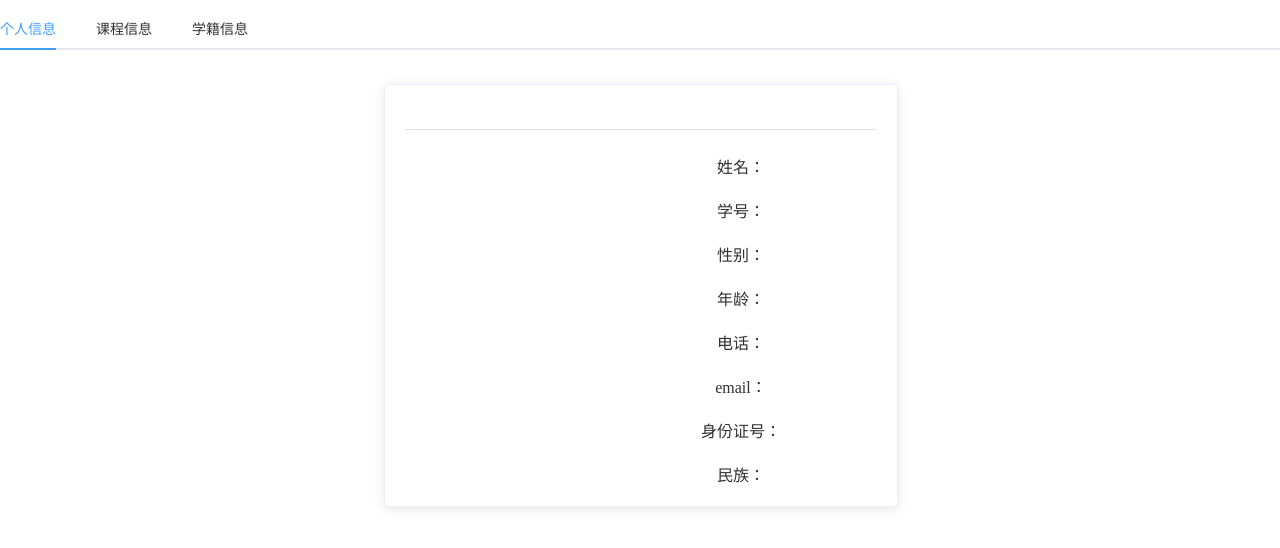
Repository: Blizzard-cyber/winsdom_scool_front
Page: /#/Personal
An editor plug-in stored every save of this project. The page is shown before and after the next save, followed by the edit.
The browser window is 1280 px wide. The pictures show the whole page.
The project was rebuilt for these pictures with package versions that can differ from the ones it lists, and the page was loaded fresh each time. Also part of the build but not shown: src/components/comment/head.vue, src/components/comment/bottom.vue, src/components/first.vue, src/components/inside.vue, src/components/index.vue, src/components/dynamic/photo-news.vue, src/components/dynamic/latest-information.vue, src/components/contact/contact-us.vue and 8 more. Imported but missing from the stored project, and not drawn on this page: src/components/dynamic/school-notice, src/components/info_modules/lab.

Above is the page before, as saved 2022-07-04 11:39:32.
Console error: TypeError: Cannot read properties of null (reading 'getContext')

### index.html
<!DOCTYPE html>
<html>
  <head>
    <meta charset="utf-8">
    <meta name="viewport" content="width=device-width,initial-scale=1.0">
    <title>peidao</title>
  </head>
  <body>
    <div id="app"></div>
    <!-- built files will be auto injected -->
  </body>
</html>

### src/main.js
// The Vue build version to load with the `import` command
// (runtime-only or standalone) has been set in webpack.base.conf with an alias.
import Vue from 'vue'
import App from './App'
import router from './router'
import 'element-ui/lib/theme-chalk/index.css'
import ElementUI from 'element-ui'
import '../static/css/main.css'
import '../static/js/jquery-3.2.1.min'



Vue.config.productionTip = false
Vue.use(ElementUI)

/* eslint-disable no-new */
new Vue({
    el: '#app',
    router,
    template: '<App/>',
    components: { App }
})

### static/css/main.css
@charset "utf-8";

/* Global style */
html,
body,
h1,
h2,
h3,
h4,
h5,
h6,
div,
dl,
dt,
dd,
ul,
ol,
li,
p,
blockquote,
pre,
hr,
figure,
table,
caption,
th,
td,
form,
fieldset,
legend,
input,
button,
textarea,
menu {
  margin: 0;
  padding: 0;
  font-size: 16px;
}

header,
footer,
section,
article,
aside,
nav,
address,
figure,
figcaption,
menu,
details {
  display: block;
}

table {
  border-collapse: collapse;
  border-spacing: 0;
}

caption,
th {
  font-weight: normal;
}

html,
body,
fieldset,
iframe,
abbr {
  border: 0;
}

i,
cite,
em,
var,
address,
dfn {
  font-style: normal;
}

ul,
ol,
li {
  list-style: none;
}

h1,
h2,
h3,
h4,
h5,
h6,
small {
  font-size: 100%;
  font-weight: 300;
}

pre,
code,
kbd,
samp {
  font-family: inherit;
}

q:before,
q:after {
  content: none;
  content: '';
}

textarea {
  overflow: auto;
  resize: none;
}

label,
summary {
  cursor: default;
}

a,
button {
  cursor: pointer;
}

em,
strong,
b {
  font-weight: 400;
}

textarea,
input,
button,
select,
keygen,
legend {
  color: #777;
  outline: 0;
  font-family: "Microsoft YaHei", Arial;
  font-size: 100%;
  margin: 0;
  outline: none;
  vertical-align: baseline;
  _overflow: visible;
  -webkit-appearance: none;
  -webkit-tap-highlight-color: rgba(255, 255, 255, 0.3);
}

a {
  color: #333;
  border: none;
  text-decoration: none;
  outline: none;
}

a:focus {
  outline: 0;
  -moz-outline-style: none;
}

img {
  border: 0 none;
}

html {
  text-align: center;
  /*background-color: #f5f5f5!important;*/
}

[v-cloak] {
  display: none !important;
}

.allcontainer {
  background: #fff;
}

.flex-col,
.flex-row {
  display: i-webkt-box;
  display: -webkit-flex;
  display: -ms-flexbox;
  display: flex;
}

.flex-col {
  -ms-flex-direction: column;
  -webkit-flex-direction: column;
  flex-direction: column;
}

.flex-col.flex-y-center {
  -webkit-justify-content: center;
  justify-content: center;
  -ms-justify-content: center;
}

.flex-col.flex-top {
  -webkit-justify-content: flex-starttart;
  justify-content: flex-start;
  -ms-justify-content: flex-start;
}

.flex-col.flex-bottom {
  -webkit-justify-content: flex-end;
  justify-content: flex-end;
  -ms-justify-content: flex-end;
}

.flex-col.flex-x-center {
  -webkit-box-align: center;
  -webkit-align-items: center;
  -ms-flex-align: center;
  align-items: center;
}

.flex-col.flex-left {
  align-items: flex-start;
  -ms-align-content: flex-start;
  -webkit-align-content: flex-start;
  align-content: flex-start;
}

.flex-col.flex-right {
  align-items: flex-end;
  -ms-align-content: flex-end;
  -webkit-align-content: flex-end;
  align-content: flex-end;
}

.flex-row {
  -ms-flex-direction: row;
  -webkit-flex-direction: row;
  flex-direction: row;
}

.flex-row.flex-x-center {
  -webkit-box-pack: center;
  -webkit-justify-content: center;
  -ms-flex-pack: center;
  justify-content: center;
}

.flex-row.flex-y-center {
  -webkit-box-align: center;
  -webkit-align-items: center;
  -ms-flex-align: center;
  align-items: center;
}

.flex-row.flex-left {
  -webkit-justify-content: flex-start;
  justify-content: flex-start;
  -ms-justify-content: flex-start;
}

.flex-row.flex-right {
  -webkit-justify-content: flex-end;
  justify-content: flex-end;
  -ms-justify-content: flex-end;
}

.flex-row.flex-bottom {
  align-items: flex-end;
  -ms-align-content: flex-end;
  -webkit-align-content: flex-end;
  align-content: flex-end;
}

.flex-row.flex-top {
  align-items: flex-start;
  -ms-align-content: flex-start;
  -webkit-align-content: flex-start;
  align-content: flex-start;
}

.flex-row.flex-space-around {
  -webkit-justify-content: space-around;
  justify-content: space-around;
  -ms-justify-content: space-around;
}

.flex-row.flex-space-between {
  -webkit-box-pack: justify;
  -webkit-justify-content: space-between;
  -ms-flex-pack: justify;
  justify-content: space-between;
}

.flex-col.flex-space-around {
  -webkit-justify-content: space-around;
  justify-content: space-around;
  -ms-justify-content: space-around;
}

.flex-col.flex-space-between {
  -webkit-justify-content: space-between;
  justify-content: space-between;
  -ms-justify-content: space-between;
}

.flex-col.flex-wrap {
  -webkit-flex-wrap: wrap;
  flex-wrap: wrap;
  -ms-flex-wrap: wrap;
}

.flex-row.flex-wrap {
  -webkit-flex-wrap: wrap;
  flex-wrap: wrap;
  -ms-flex-wrap: wrap;
}

.main {
  background: #e9e3da;
}

.center {
  width: 1000px;
  background-image: url(../../static/img/big-bg.png);
  background-repeat: no-repeat;
  background-position: 408px 349px;
}

.top-bg {
  background: url(../../static/img/head-bg.png);
  background-repeat: no-repeat;
  background-position: 95% 1%;
}

.index {
  width: 1000px;
}

.index .index-head {
  margin-top: 18px;
}

.index .index-nav {
  width: 1000px;
  margin-top: 18px;
}

.index .index-nav a {
  cursor: pointer;
}

.index .index-nav a li {
  color: #fff;
  font-size: 16px;
  width: 112px;
  height: 34px;
  line-height: 34px;
}

.index .index-nav .index-nav-ul {
  width: 939px;
  border: none;
  font-size: 14px;
  font-weight: 700;
  letter-spacing: 1px;
}

.index .index-nav .index-nav-ul .index-nav-li {
  color: #fff;
  font-size: 16px;
  width: 112px;
  height: 34px;
  line-height: 34px;
  background: url(../../static/img/li-b.png);
}

.index .index-nav .index-nav-ul .index-nav-li .index-nav-a {
  cursor: pointer;
  color: #fff;
}

.index .index-nav .index-nav-ul .index-nav-li .index-nav-hide {
  width: 112px;
  position: absolute;
  z-index: 50;
  color: #fff;
  background-color: #105830;
}

.words {
  margin-top: 14px;
}

.words .words-left {
  width: 263px;
  height: 90px;
  background-image: url(../img/top2-l.png);
}

.words .words-right {
  width: 731px;
  height: 90px;
  background-image: url(../img/top2-r.png);
}

.news {
  margin-top: 17px;
}

.news .news-left {
  width: 100%;
}

.news .news-left img {
  height: 300px;
}

.news .news-right {
  margin-top: 22px;
  width: 481px;
}

.news .news-right .news-right-inner {
  width: 467px;
  height: 200px;
  color: #373737;
}

.show {
  margin-top: 30px;
  color: #373737;
  margin-bottom: 72px;
}

.show .show-notice {
  width: 486px;
  margin-top: 20px;
  height: 200px;
}

.show .show-notice .show-notice-inner {
  width: 465px;
  height: 205px;
}

.show .show-invite {
  width: 483px;
  height: 200px;
  margin-top: 20px;
}

.show .show-invite .show-invite-inner {
  width: 465px;
  height: 205px;
}

.other {
  height: 122px;
  color: #171717;
}

.other .other-inner {
  width: 950px;
}

.bottom {
  margin-top: 26px;
  color: #171717;
  margin-bottom: 37px;
  color: #373737;
}

.bottom .bottom-inner {
  width: 613px;
}

.bottom .bottom-inner .bottom-inner-in {
  height: 75px;
}

.location {
  height: 31px;
  margin-top: 10px;
  letter-spacing: 1px;
  color: #161616;
  background-color: #9b9994;
}

.location .location-inner {
  margin-left: 15px;
}

.photonews {
  margin-top: 37px;
  margin-bottom: 35px;
}

.photonews .photonews-title-1 {
  font-size: 23.8px;
}

.photonews .photonews-title-2 {
  font-size: 12px;
}

.photonews .photonews-inner {
  width: 770px;
  margin-top: 50px;
  font-size: 12px;
  text-indent: 2em;
}

.photonews .photonews-inner .photonews-inner-txt {
  text-align: left;
  width: 770px;
}

.photonews .photonews-inner .photonews-inner-img {
  margin-bottom: 15px;
}

.black-bg {
  background-image: url(../img/black-bg.png);
}

.green-bg {
  background-image: url(../img/green-bg.png);
}

.list {
  margin-top: 11px;
  color: #434343;
}

.list .list-left {
  width: 198px;
  height: 695px;
  margin-bottom: 63px;
  background-image: url(../img/list-l.png);
  background-repeat: no-repeat;
}

.list .list-left .list-left-inner {
  height: 116px;
  margin-top: 85px;
}

.list .list-left .list-left-inner li {
  color: #fff;
  font-size: 16px;
  width: 112px;
  height: 34px;
  line-height: 34px;
  cursor: pointer;
}

.list .list-right .list-right-title {
  width: 795px;
  height: 34px;
  background: #b0aca5;
}

.list .list-right .list-right-title .list-right-title-inner {
  margin-left: 23px;
}

.list .list-right .list-right-inner {
  height: 908px;
  background-image: url(../img/list-r.png);
  background-repeat: no-repeat;
  background-position: 100% 100%;
}

.list .list-right .list-right-inner .list-right-inner-words {
  height: 908px;
  margin-left: 40px;
}

.list .list-right .list-right-inner .list-right-inner-words .list-right-inner-words1 {
  width: 750px;
}

.list .list-right .list-right-bottom {
  width: 795px;
  margin-top: 17px;
  margin-bottom: 63px;
}

.list .list-right .list-right-bottom .list-right-bottom-li {
  background-color: #0c6930;
  margin-right: 8px;
  color: #ffffff;
  padding: 7px;
  font-size: 12px;
}

.photo-width {
  width: 700px;
}

.beautiful-bottom {
  margin-top: 17px;
  margin-bottom: 63px;
}

.beautiful-bottom .beautiful-bottom-li {
  background-color: #0c6930;
  margin-right: 8px;
  color: #ffffff;
  padding: 7px;
  font-size: 12px;
}

.profile-inner {
  height: 302px;
}

.profile-inner .photonews-inner-words {
  width: 750px;
  cursor: pointer;
}

.words-width {
  width: 750px;
  cursor: pointer;
}

.daohang1 {
  height: 163px;
  margin-top: 85px;
}

.daohang1 li {
  color: #fff;
  font-size: 16px;
  width: 112px;
  height: 34px;
  line-height: 34px;
}

.daohang2 {
  height: 206px;
  margin-top: 85px;
}

.daohang2 li {
  color: #fff;
  font-size: 16px;
  width: 112px;
  height: 34px;
  line-height: 34px;
}

.history-inner {
  height: 95px;
}

.teacher-inner {
  height: 45px;
}

.gifted-person-inner {
  height: 95px;
}

.achievement-inner {
  height: 146px;
}

.teaching-research {
  height: 45px;
}

.section-page {
  width: 960px;
}

.section-page .section-page-inner {
  margin-top: 37px;
  margin-bottom: 65px;
}

.section-page .section-page-inner .img-box1 {
  width: 235px;
  margin-bottom: 5px;
  overflow: hidden;
  cursor: pointer;
}

.section-page .section-page-inner .img-box1 img {
  height: 170px;
}

.section-page .section-page-inner .img-box {
  position: fixed;
  top: 0;
  left: 0;
  width: 100%;
  height: 100%;
  cursor: pointer;
  background: rgba(0, 0, 0, 0.7);
}

.section-page .section-page-inner .img-box img {
  height: 301px;
  width: 1042px;
}

.contact-us {
  width: 700px;
  margin-top: 50px;
}

.contact-us .contact-us-r {
  font-size: 18px;
  margin-bottom: 20px;
}

.contact-us img {
  height: 200px;
}

.shouye-main {
  background: #e9e3da;
  position: fixed;
  width: 100%;
  height: 100%;
}

.shouye-bg {
  background-image: url(../../static/img/shouye-bg.png);
  background-repeat: no-repeat;
  background-position: 0 80px;
}

.shouye {
  width: 571px;
  margin-top: 112px;
  margin-left: 33%;
}

.shouye .title {
  margin-left: 18px;
}

.shouye .inner {
  width: 572px;
  margin-top: 33px;
}

.shouye .inner .inner-l {
  width: 417px;
  height: 330px;
}

.shouye .inner .inner-l .anim-opacity1,
.shouye .inner .inner-l .anim-opacity2 {
  margin-top: 7px;
  position: absolute;
  height: 314px;
  width: 402px;
  margin-left: -200px;
}

.shouye .inner .inner-l .border {
  position: absolute;
  margin-left: -207px;
}

.shouye .inner .inner-r {
  width: 132px;
  height: 329px;
  background-image: url(../../static/img/index-r.png);
  background-repeat: no-repeat;
}

.shouye .enter {
  margin-top: 12px;
  margin-left: 226px;
  width: 196px;
  height: 56px;
  color: #fff;
  background-image: url(../../static/img/enter.png);
  background-repeat: no-repeat;
}

.shouye .enter p {
  font-size: 15.42px;
}

### src/components/info.vue
  <template>
   <div class="main flex-col flex-x-center flex-y-center">
    <div class="center">
     <my-head/>
     <div class="cards">
        <el-row :gutter="50" >
          <el-col :span="8" v-for="(item,index) in items">
           <el-card shadow="hover" :body-style="{ height: '100px' }">
             <div slot="header" class="clearfix">
              <span>{{item.title}}</span>
              <el-button @click="Jump(urls[index].message)" style="float: right; padding: 3px 0" type="text">进入</el-button>
             </div>
              <div class="text item">
              <span>{{item.message}}</span>
              </div>
           </el-card>
          </el-col>
        </el-row>
     </div>
     <my-bottom/>
   </div>
   </div>
  </template>

 <script>

  export default {
    name: "Info",
    data() {
        return {
          items:[
            {title:'个人信息',message:'查询个人信息详情'},
            {title:'课程情况',message:'查询学生个人选课情况，学分和成绩情况'},
            {title:'课程表',message:'查询学生课程表'},
            {title:'我的成绩',message:'查询学生在校期间成绩详情'},
            {title:'考试安排',message:'查询学期考试课程安排'},
            {title:'毕业设计',message:'查询学生毕业设计情况'},
            {title:'学费缴纳信息',message:'查询学生缴费、欠费情况'},
            {title:'缴费报考信息',message:'查询学生学费、报考费信息'},
            {title:'实验室开放时间',message:'查询实验室开放时间'},
          ],
          urls:[
            {message:'/Personal'},
            {message:'/Course'},
            {message:'/CourseTable'},
            {message:'/Remark'},
            {message:'/Exam'},
            {message:'/Gdesign'},
            {message:'/StudyFee'},
            {message:'/ExamFee'},
            {message:'/Lab'},
          ]
        };
    },
    methods: {
      Jump(url) {
        this.$router.replace(url);
      }
    },

}
  </script>


<style>
 /* .el-row {
    margin-bottom: 20px;
    &:last-child {
      margin-bottom: 0;
    }
  } */
  .el-col {
    border-radius: 4px;
  }
  .bg-purple-dark {
    background: #99a9bf;
  }
  .bg-purple {
    background: #d3dce6;
  }
  .bg-purple-light {
    background: #e5e9f2;
  }
  .grid-content {
    border-radius: 4px;
    min-height: 36px;
  }
  .row-bg {
    padding: 10px 0;
    background-color: #f9fafc;
  }
  .el-card {
    border-radius: 4px;
    background: #fff;
    border: 1px solid #ebeef2;
    box-shadow: 0 2px 12px 0 rgba(0, 0, 0, 0.1);
    margin: 20px 0 20px;
    padding: 0;
  }
</style>

### src/components/info_modules/personal.vue
<template>
    <!--<h1>学生个人信息查询</h1>-->
    <el-tabs style="margin-top: 10px" value="first">
        <el-tab-pane label="个人信息" name="first">
            <div style="margin-left: 30%;margin-right: 30%">
                <el-card class="box-card">
                    <el-row>
                        <div>
                            <div>
                                <!-- <el-image class="identification_photo" :src="this.avatarUrl" alt="" style="margin-left: 40%;margin-right: 40%"/> -->
                            </div>
                        </div></el-row>
                    <el-divider></el-divider>
                    <div class="Info">
                        <div style="margin-top: 20px">姓名：{{studentInfo.name}}</div>
                        <div style="margin-top: 20px" >学号：{{studentInfo.id}}</div>
                        <div style="margin-top: 20px">性别：{{studentInfo.sex}}</div>
                        <div style="margin-top: 20px">年龄：{{studentInfo.age}}</div>
                        <div style="margin-top: 20px">电话：{{studentInfo.phoneNum}}</div>
                        <div style="margin-top: 20px">email：{{studentInfo.email}}</div>
                        <div style="margin-top: 20px">身份证号：{{studentInfo.idCard}}</div>
                        <div style="margin-top: 20px">民族：{{studentInfo.nation}}</div>
                    </div>
                </el-card>
            </div>

        </el-tab-pane>

        <el-tab-pane label="课程信息" name="third">
            <div style="margin-left: 100px;margin-right: 100px">
                    <el-row>
                        <br>
                        <!-- <el-table
                            :data="coursesList"
                            style="width: 100%">
                            <el-table-column
                                    prop="name"
                                    label="课程名称">
                            </el-table-column>
                            <el-table-column
                                    prop="status"
                                    label="课程性质">
                            </el-table-column>
                            <el-table-column
                                    prop="credit"
                                    label="学分">
                            </el-table-column>
                            <el-table-column
                                    prop="period"
                                    label="学时">
                            </el-table-column>
                            <el-table-column
                                    prop="teacher.name"
                                    label="任课教师">
                            </el-table-column>
                        </el-table> -->
                    </el-row>
            </div>
        </el-tab-pane>

        <el-tab-pane label="学籍信息" name="fourth">
            <div>
                <el-col :span="3"><div class="grid-content bg-purple"></div></el-col>
                <el-col :span="18">
                    <el-card class="box-card" style="width: 500px;left: 0;right: 0;">
                        <!-- <div class="Info">
                            <div style="margin-top: 20px">学工号：{{studentInfo.id}}</div>
                            <div style="margin-top: 20px" >姓名：{{studentInfo.name}}</div>
                            <div style="margin-top: 20px">学院：{{studentInfo.academy.name}}</div>
                            <div style="margin-top: 20px">专业：{{studentInfo.major.name}}</div>
                            <div style="margin-top: 20px">班级：{{studentInfo.classes.name}}</div>
                            <div style="margin-top: 20px">入学时间：{{studentInfo.createTime}}</div>
                        </div> -->
                    </el-card>
                </el-col>
                <el-col :span="3"><div class="grid-content bg-purple"></div></el-col>
            </div>
        </el-tab-pane>
    </el-tabs>
</template>

<script>
    export default {
        name: "second",
        data() {
          return {
            studentInfo: [
              {
                id: "1",
                name: "2",
                sex: "3",
                age: "4",
                phoneNum: "5",
                email: "6",
                idCard: "7",
                nation: "8"
              }
            ],
                activeName: 'StudentInfo',
                studentInfo: '',
                avatarUrl: '',
                coursesList: [],
            }
        },
        watch: {},
        mounted() {
            // this.initStudents();
        },
        methods: {
            // handleClick(tab, event) {
            //     console.log(tab, event);
            // },
            // initCourses(classId) {
            //     this.getRequest('/web/student/courses?classId=' + classId).then(resp => {
            //         console.log(resp.data);
            //         this.coursesList = resp.data;
            //         for (let j = 0; j < this.coursesList.length; j++) {
            //             if (this.coursesList[j].status === 1) {
            //                 this.coursesList[j].status = '必修';
            //             } else if (this.coursesList[j].status === 2) {
            //                 this.coursesList[j].status = '选修';
            //             } else if (this.coursesList[j].status === 3) {
            //                 this.coursesList[j].status = '公选';
            //             }
            //         }
            //     })
            // },
            // initStudents() {
            //     this.getRequest('/web/student/personalInfo').then(resp => {
            //         this.studentInfo = resp.data;
            //         if (this.studentInfo.avatar === '') {
            //             this.avatarUrl = require('../../assets/user_pic_middle.gif');
            //         }
            //         this.initCourses(this.studentInfo.classes.id);
            //     })
            // }
        },
    }
</script>

<style scoped>
    .activeName{
        width: 100%;
        height: 100%;
    }

    .box-card {
        width: 100%;
        height: 100%;
    }


    .grid-content {
        border-radius: 4px;
        min-height: 36px;
    }

    .el-dropdown-link {
        cursor: pointer;
        color: #409EFF;
    }
    .el-icon-arrow-down {
        font-size: 12px;
    }
    .identification_photo{
        width: 120px;
        height: 140px;
        margin-left: 160px;
    }
    .Info{
        width: 100%;
        height: 100%;
        margin-left: 100px;
    }
</style>

Loaded but not shown: src/App.vue (common file); src/router/index.js (123 lines, source omitted)

After the next save:
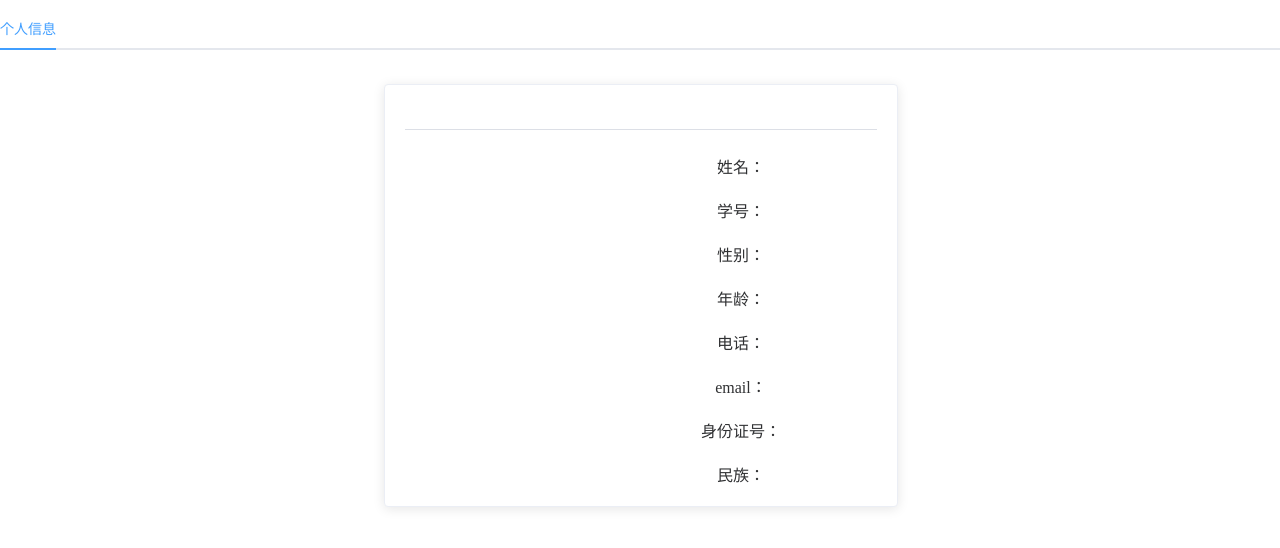
Saved 117 s later.
--- a/src/components/info_modules/personal.vue
+++ b/src/components/info_modules/personal.vue
@@ -24,57 +24,6 @@
                 </el-card>
             </div>
 
-        </el-tab-pane>
-
-        <el-tab-pane label="课程信息" name="third">
-            <div style="margin-left: 100px;margin-right: 100px">
-                    <el-row>
-                        <br>
-                        <!-- <el-table
-                            :data="coursesList"
-                            style="width: 100%">
-                            <el-table-column
-                                    prop="name"
-                                    label="课程名称">
-                            </el-table-column>
-                            <el-table-column
-                                    prop="status"
-                                    label="课程性质">
-                            </el-table-column>
-                            <el-table-column
-                                    prop="credit"
-                                    label="学分">
-                            </el-table-column>
-                            <el-table-column
-                                    prop="period"
-                                    label="学时">
-                            </el-table-column>
-                            <el-table-column
-                                    prop="teacher.name"
-                                    label="任课教师">
-                            </el-table-column>
-                        </el-table> -->
-                    </el-row>
-            </div>
-        </el-tab-pane>
-
-        <el-tab-pane label="学籍信息" name="fourth">
-            <div>
-                <el-col :span="3"><div class="grid-content bg-purple"></div></el-col>
-                <el-col :span="18">
-                    <el-card class="box-card" style="width: 500px;left: 0;right: 0;">
-                        <!-- <div class="Info">
-                            <div style="margin-top: 20px">学工号：{{studentInfo.id}}</div>
-                            <div style="margin-top: 20px" >姓名：{{studentInfo.name}}</div>
-                            <div style="margin-top: 20px">学院：{{studentInfo.academy.name}}</div>
-                            <div style="margin-top: 20px">专业：{{studentInfo.major.name}}</div>
-                            <div style="margin-top: 20px">班级：{{studentInfo.classes.name}}</div>
-                            <div style="margin-top: 20px">入学时间：{{studentInfo.createTime}}</div>
-                        </div> -->
-                    </el-card>
-                </el-col>
-                <el-col :span="3"><div class="grid-content bg-purple"></div></el-col>
-            </div>
         </el-tab-pane>
     </el-tabs>
 </template>
